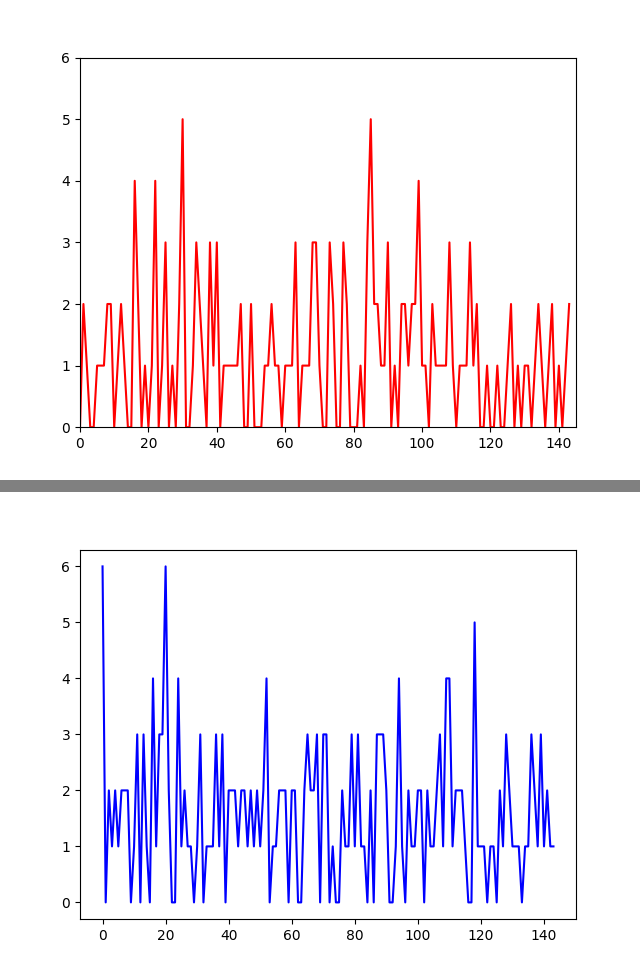
Repository: nelsonalexandrino/python_matplotlib_datavisualization_
Script's output: python LineAndScatterSplots.py
An editor plug-in stored every save of this project. The script's output is shown before and after the next save, followed by the edit.
Each picture stacks the figures in order, with grey between them; figures that are only written to a file come last. Random numbers start from a fixed seed.

Above is the script's output before, as saved 2019-08-25 10:27:48.

After the next save:
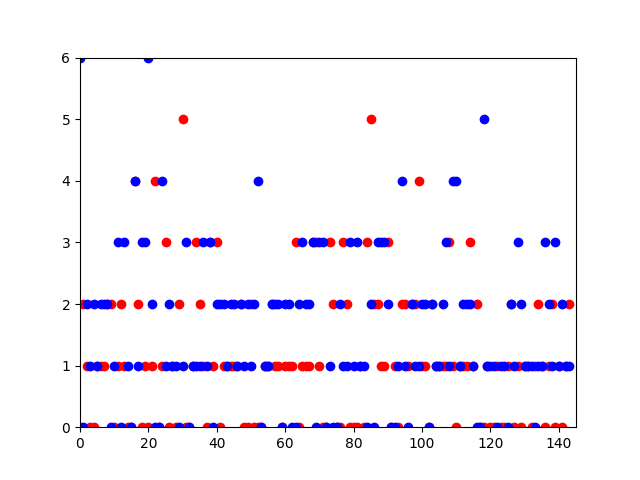
Saved 3 min 38 s later.
--- a/LineAndScatterSplots.py
+++ b/LineAndScatterSplots.py
@@ -10,9 +10,9 @@ xAxis = []
 for i in range(len(HomeTeamGoals)):
     xAxis.append(i)
 
+#pyplot.plot(xAxis, AwayTeamGoals, c='red')
+pyplot.scatter(xAxis, AwayTeamGoals, c='red')
+pyplot.scatter(xAxis, HomeTeamGoals, c='blue')
 pyplot.xlim(0, 145)
 pyplot.ylim(0, 6)
-pyplot.plot(xAxis, AwayTeamGoals, c='red')
 pyplot.show()
-pyplot.plot(xAxis, HomeTeamGoals, c='blue')
-pyplot.show()
